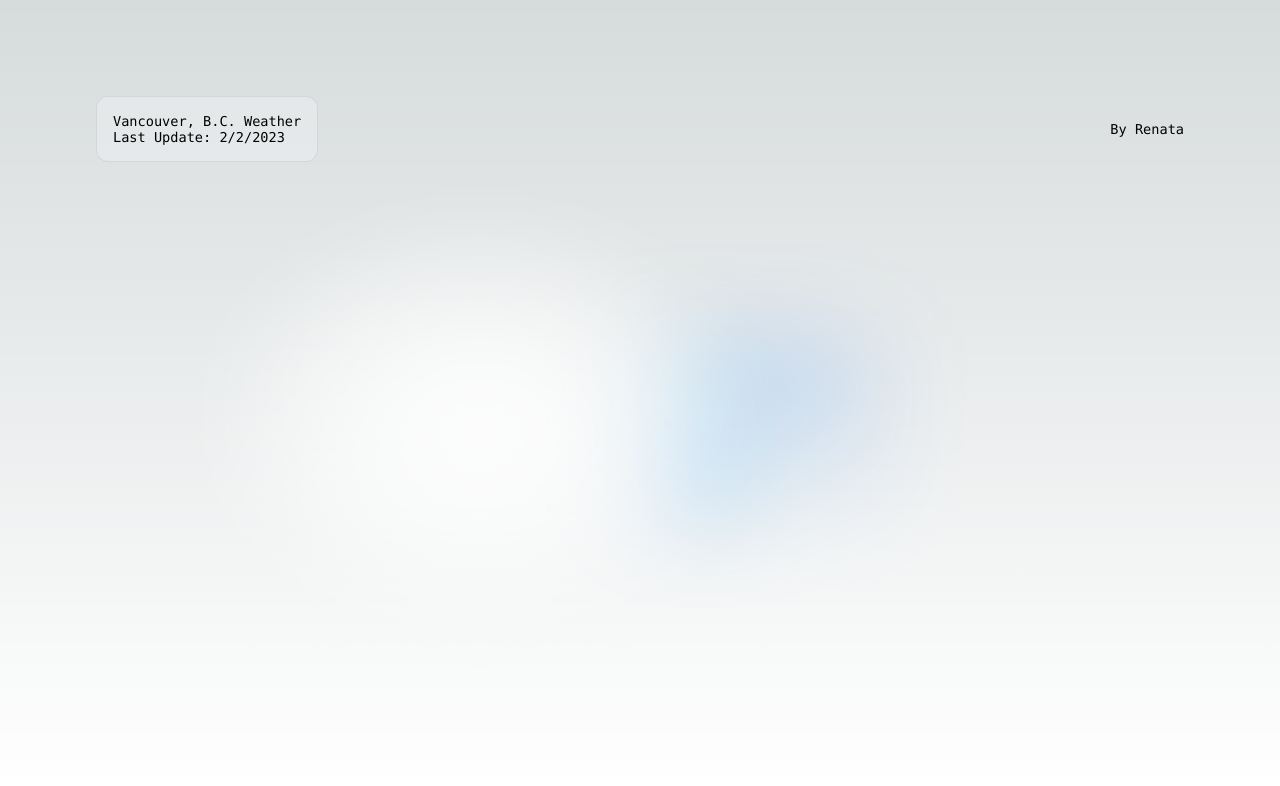
Repository: RenataDzotova/WeatherMate
Page: /
An editor plug-in stored every save of this project. The page is shown before and after the next save, followed by the edit.
The browser window is 1280 px wide. The pictures show the whole page.
The project was rebuilt for these pictures with package versions that can differ from the ones it lists, and the page was loaded fresh each time. The framework's server and built-in components were replaced by stand-ins that run in the browser. Also part of the build but not shown: next.config.js.

Above is the page before, as saved 2023-02-23 20:48:39.

After the next save:
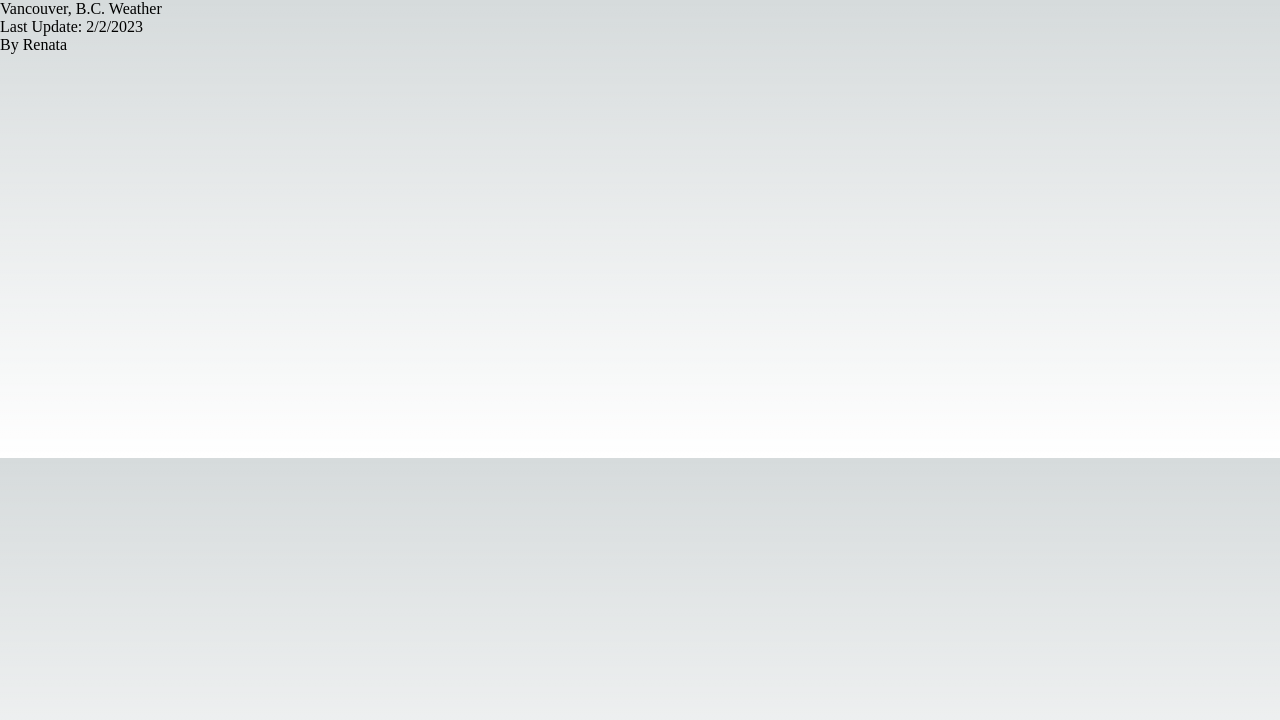
Saved 61 s later.
--- a/pages/index.js
+++ b/pages/index.js
@@ -127,8 +127,8 @@
         <meta name="viewport" content="width=device-width, initial-scale=1" />
         <link rel="icon" href="/logo.svg.ico" />
       </Head>
-      <main className={styles.main}>
-        <div className={styles.description}>
+      <main >
+        <div >
           <p>
             Vancouver, B.C. Weather <br/>
             Last Update: {date}
@@ -145,7 +145,7 @@
           </div>
         </div>
 
-          <div className={styles.center}>
+          <div>
           <Image
           className={styles.logo}
           src="/logo.svg"
